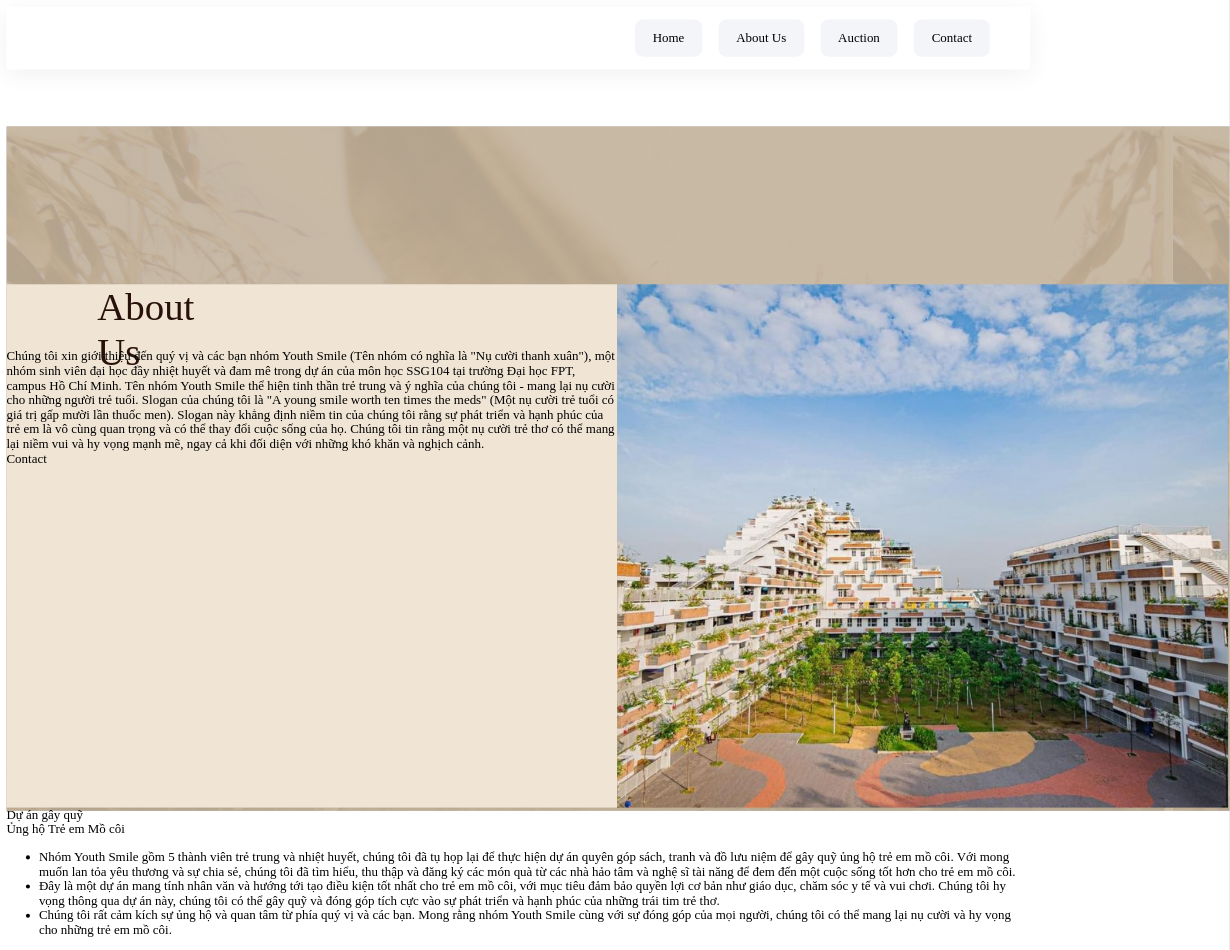
Repository: anatole24/Youth-Smile
Page: about.html
The author's editor kept a copy of each file at every save. The page is drawn from the files as they stood at one save, then again after the next save.
The browser window is 1280 px wide. The page is 1518 px wide, so the pictures cover 1518 px, including what lies to the right of the window. The pictures show the whole page, at 81% of full size.
Some web fonts or font styles are not loaded; a fallback is used.

Above is the page before, as saved 2023-06-29 14:34:37.

After the next save:
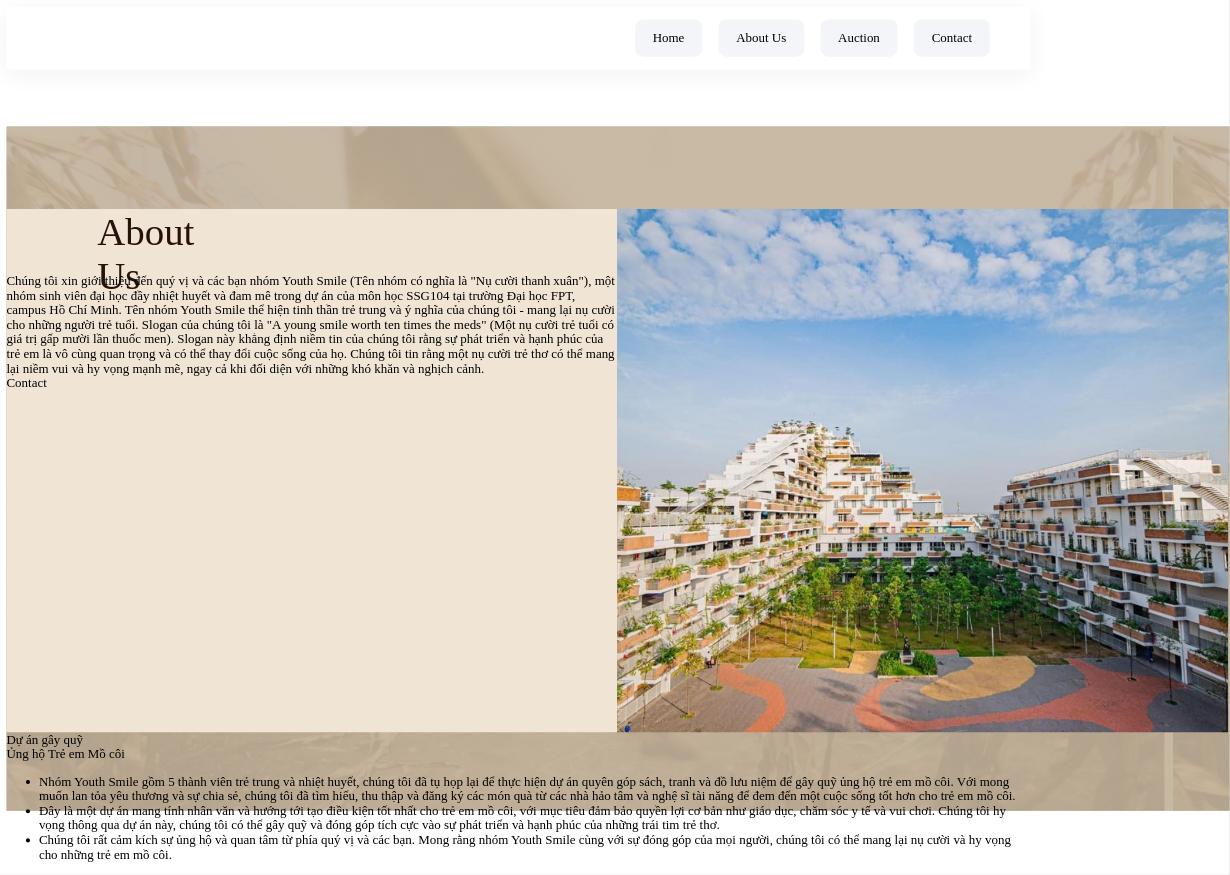
Saved 9 s later.
--- a/about.css
+++ b/about.css
@@ -23,7 +23,6 @@
 .left-title {
   width: 170px;
   height: 79.946px;
-  margin-top: 93px;
   margin-left: 112px;
   color: #28110a;
   font-size: 48px;
